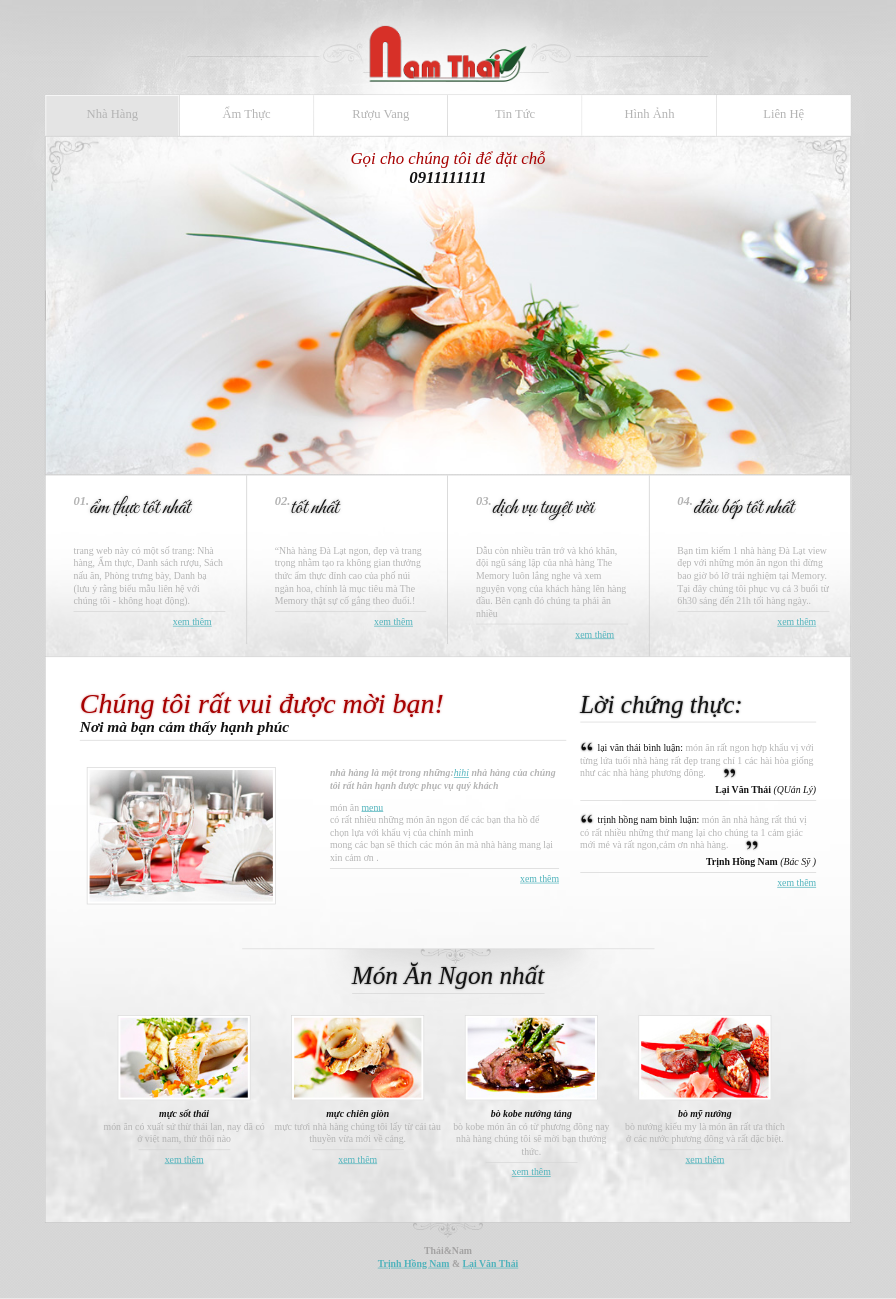
Repository: thaiLVT/DoAnThucTapNamThai
Page: index.html
The author's editor kept a copy of each file at every save. The page is drawn from the files as they stood at one save, then again after the next save.
The browser window is 1280 px wide. The pictures show the whole page, at 70% of full size.

Above is the page before, as saved 2022-04-25 05:30:02.

### index.html
<!DOCTYPE html>
<html lang="en">

<head>
    <title>Home</title>
    <meta charset="utf-8">
    <meta name="viewport" content="width=device-width, initial-scale=1, maximum-scale=1">
    <link rel="stylesheet" type="text/css" media="screen" href="css/reset.css">
    <link rel="stylesheet" type="text/css" media="screen" href="css/style.css">
    <link rel="stylesheet" href="css/zerogrid.css" type="text/css" media="all">
    <link rel="stylesheet" href="css/responsive.css" type="text/css" media="all">
    <link rel="stylesheet" href="css/responsiveslides.css" type="text/css" media="all" />
    <link href='http://fonts.googleapis.com/css?family=Great+Vibes' rel='stylesheet' type='text/css'>
    <script type="text/javascript" src="https://ajax.googleapis.com/ajax/libs/jquery/3.6.0/jquery.min.js"></script>
    <script src="js/main.js"></script>
    <script src="js/slider.js"></script>
</head>

<body>
    <div class="bg-top">
        <div class="bgr">
            <!--==============================header=================================-->
            <header>
                <div class="zerogrid">
                    <h1>
                        <a style="width: 14rem;" href="index.html"><img src="images/logo.png" alt=""></a>
                    </h1>
                    </a>
                    </h1>
                    <nav>
                        <ul class="menu">
                            <li class="current"><a href="index.html">nhà hàng</a></li>
                            <li><a href="cuisine.html">ẩm thực</a></li>
                            <li><a href="wine_list.html">rượu vang</a></li>
                            <li><a href="cookbook.html">tin tức</a></li>
                            <li><a href="gallery.html">hình ảnh</a></li>
                            <li><a href="contacts.html">liên hệ</a></li>
                        </ul>
                        <div class="clear"></div>
                    </nav>
                    <div id="slide">
                        <div class="rslides_container slide_content">
                            <ul class="rslides" id="slider">
                                <!-- <li><img src="images/slider-1.jpg" alt="" /></li>
                                <li><img src="images/slider-2.jpg" alt="" /></li>
                                <li><img src="images/slider-3.jpg" alt="" /></li> -->
                            </ul>
                            <button id="prev">&lt;</button>
                            <button id="next">&gt;</button>
                        </div>

                        <div class="phone-number">Gọi cho chúng tôi để đặt chỗ<strong>0911111111</strong></div>
                    </div>
                </div>
            </header>
            <!--==============================content================================-->
            <section id="content">
                <div class="zerogrid">
                    <div class="block-1">
                        <div class="col-1-4">
                            <div class="pad border-right">
                                <div class="block-1-title">
                                    <span>01.</span>
                                    <div class="text-1">ẩm thực tốt nhất</div>
                                    <strong class="clear"></strong>
                                </div>
                                <p class="border-1">trang web này có một số trang: Nhà hàng, Ẩm thực, Danh sách rượu, Sách nấu ăn, Phòng trưng bày, Danh bạ (lưu ý rằng biểu mẫu liên hệ với chúng tôi - không hoạt động).</p>
                                <a href="#" class="link-1">xem thêm</a>
                            </div>
                        </div>
                        <div class="col-1-4">
                            <div class="pad border-right">
                                <div class="block-1-title">
                                    <span>02.</span>
                                    <div class="text-1">tốt nhất</div>
                                    <strong class="clear"></strong>
                                </div>
                                <p class="border-1">“Nhà hàng Đà Lạt ngon, đẹp và trang trọng nhằm tạo ra không gian thưởng thức ẩm thực đỉnh cao của phố núi ngàn hoa, chính là mục tiêu mà The Memory thật sự cố gắng theo đuổi.!</p>
                                <a href="#" class="link-1">xem thêm</a>
                            </div>
                        </div>
                        <div class="col-1-4">
                            <div class="pad border-right">
                                <div class="block-1-title">
                                    <span>03.</span>
                                    <div class="text-1">dịch vụ tuyệt vời </div>
                                    <strong class="clear"></strong>
                                </div>
                                <p class="border-1"> Dẫu còn nhiều trăn trở và khó khăn, đội ngũ sáng lập của nhà hàng The Memory luôn lắng nghe và xem nguyện vọng của khách hàng lên hàng đầu. Bên cạnh đó chúng ta phải ăn nhiều</p>
                                <a href="#" class="link-1">xem thêm</a>
                            </div>
                        </div>
                        <div class="col-1-4">
                            <div class="pad">
                                <div class="block-1-title">
                                    <span>04.</span>
                                    <div class="text-1">đầu bếp tốt nhất</div>
                                    <strong class="clear"></strong>
                                </div>
                                <p class="border-1">Bạn tìm kiếm 1 nhà hàng Đà Lạt view đẹp với những món ăn ngon thì đừng bao giờ bỏ lỡ trải nghiệm tại Memory. Tại đây chúng tôi phục vụ cả 3 buổi từ 6h30 sáng đến 21h tối hàng ngày..</p>
                                <a href="#" class="link-1">xem thêm</a>
                            </div>
                        </div>
                    </div>
                    <div class="block-2 pad-1">
                        <div class="col-2-3">
                            <div class="wrap-col">
                                <h2 class="h2-line">Chúng tôi rất vui được mời bạn!<strong>Nơi mà bạn cảm thấy hạnh phúc</strong></h2>
                                <div class="box-1">
                                    <div class="col-1-2">
                                        <div class="wrap-col">
                                            <div class="img-border"><img src="images/page1-img1.jpg" alt=""></div>
                                        </div>
                                    </div>
                                    <div class="col-1-2">
                                        <div class="wrap-col">
                                            <div class="extra-wrap">
                                                <p class="it-bold p2">nhà hàng là một trong những:<a href="http://blog.templatemonster.com/free-website-templates/" target="_blank" class="link">hihi</a> nhà hàng của chúng tôi rất hân hạnh được phục vụ quý khách </p>
                                                <p class="border-1">món ăn <a href="http://blog.templatemonster.com/2012/06/18/free-website-template-jquery-slider-restaurant-business/" class="link">menu</a><br> có rất nhiều những món ăn ngon để các bạn tha hồ để chọn lựa
                                                    với khẩu vị của chính mình<br> mong các bạn sẽ thích các món ăn mà nhà hàng mang lại <br>xin cảm ơn . </p>
                                                <a href="#" class="link-1">xem thêm</a>
                                            </div>
                                        </div>
                                    </div>
                                </div>
                            </div>
                        </div>
                        <div class="col-1-3">
                            <div class="wrap-col">
                                <h3 class="h3-line top-1">Lời chứng thực:</h3>
                                <div class="box-2 top-2">
                                    <div class="comment border-1">
                                        <p><img src="images/comment-top.png" alt=""><span class="clr-1">lại văn thái bình luận:</span> món ăn rất ngon hợp khẩu vị với từng lứa tuổi nhà hàng rất đẹp trang chí 1 các hài hòa giống như các nhà hàng phương đông.
                                            <img src="images/comment-bottom.png" alt="" class="second"></p>
                                        <span class="clr-1"><strong>Lại Văn Thái</strong> <i>(QUản Lý)</i></span>
                                    </div>
                                    <div class="comment border-1 top-3">
                                        <p><img src="images/comment-top.png" alt=""><span class="clr-1">trịnh hồng nam bình luận:</span> món ăn nhà hàng rất thú vị có rất nhiều những thứ mang lại cho chúng ta 1 cảm giác mới mẻ và rất ngon,cảm ơn nhà hàng.
                                            <img src="images/comment-bottom.png" alt="" class="second"></p>
                                        <span class="clr-1"><strong>Trịnh Hồng Nam</strong> <i>(Bác Sỹ )</i></span>
                                    </div>
                                    <a href="#" class="link-1">xem thêm</a>
                                </div>
                            </div>
                        </div>
                        <div class="clear"></div>
                        <div class="block-3">
                            <div class="h3">
                                <h3 class="h3-line-2"> Món Ăn Ngon nhất </h3>
                            </div>
                            <div class="box-3">
                                <div class="col-1-4">
                                    <div class="pad">
                                        <div class="img-border"><img src="images/page1-img2.jpg" alt=""></div>
                                        <p class="border-2"><span class="it-bold clr-1">mực sốt thái</span><br>món ăn có xuất sứ thừ thái lan, nay đã có ở việt nam, thử thôi nào </p>
                                        <a href="https://www.youtube.com/watch?v=JFKv1sOLRyk" class="link">xem thêm</a>
                                    </div>
                                </div>
                                <div class="col-1-4">
                                    <div class="pad">
                                        <div class="img-border"><img src="images/page1-img3.jpg" alt=""></div>
                                        <p class="border-2"><span class="it-bold clr-1">mực chiên giòn </span><br>mực tươi nhà hàng chúng tôi lấy từ cái tàu thuyền vừa mới về cảng.</p>
                                        <a href="https://www.youtube.com/watch?v=eNywvmk3pow" class="link">xem thêm</a>
                                    </div>
                                </div>
                                <div class="col-1-4">
                                    <div class="pad">
                                        <div class="img-border"><img src="images/page1-img4.jpg" alt=""></div>
                                        <p class="border-2"><span class="it-bold clr-1">bò kobe nướng tảng </span><br>bò kobe món ăn có từ phương đông nay nhà hàng chúng tôi sẽ mời bạn thưởng thức.</p>
                                        <a href="#" class="link">xem thêm</a>
                                    </div>
                                </div>
                                <div class="col-1-4">
                                    <div class="pad">
                                        <div class="img-border"><img src="images/page1-img5.jpg" alt=""></div>
                                        <p class="border-2"><span class="it-bold clr-1">bò mỹ nướng</span><br>bò nướng kiểu my là món ăn rất ưa thích ở các nước phương đông và rất đặc biệt.</p>
                                        <a href="https://www.youtube.com/watch?v=DT8bneCkZa0" class="link">xem thêm</a>
                                    </div>
                                </div>
                            </div>
                        </div>
                    </div>
                </div>
            </section>

            <!--==============================footer=================================-->
            <footer>
                <div class="zerogrid">
                    <p>Thái&Nam<br>
                        <a rel="nofollow" href="https://www.facebook.com/hongnam.trinh.56" target="_blank" class="link">Trịnh Hồng Nam</a> & <a rel="nofollow" href="https://www.facebook.com/laivanthai.1611" class="link">Lại Văn Thái</a></p>
                </div>
            </footer>
        </div>
    </div>
</body>

</html>

### css/zerogrid.css
/*
Zerotheme.com | Free Html5 Responsive Templates
Zerogrid - A Single Grid System for Responsive Design
Author: Kimmy
Version : 2.1
Author URI: https://www.zerotheme.com/
*/


/* -------------------------------------------- */


/* ------------------Grid System--------------- */

.zerogrid {
    width: 90vw;
    position: relative;
    margin: 0 auto;
    padding: 0px;
}

.zerogrid:after {
    content: "\0020";
    display: block;
    height: 0;
    clear: both;
    visibility: hidden;
}

.zerogrid .row {}

.zerogrid .row:before,
.row:after {
    content: '\0020';
    display: block;
    overflow: hidden;
    visibility: hidden;
    width: 0;
    height: 0;
}

.zerogrid .row:after {
    clear: both;
}

.zerogrid .row {
    zoom: 1;
}

.zerogrid .wrap-col {
    margin: 10px;
}

.zerogrid .col-1-2,
.zerogrid .col-1-3,
.zerogrid .col-2-3,
.zerogrid .col-1-4,
.zerogrid .col-2-4,
.zerogrid .col-3-4,
.zerogrid .col-1-5,
.zerogrid .col-2-5,
.zerogrid .col-3-5,
.zerogrid .col-4-5,
.zerogrid .col-1-6,
.zerogrid .col-2-6,
.zerogrid .col-3-6,
.zerogrid .col-4-6,
.zerogrid .col-5-6 {
    float: left;
    display: inline-block;
}

.zerogrid .col-full {
    width: 100%;
}

.zerogrid .col-1-2 {
    width: 50%;
}

.zerogrid .col-1-3 {
    width: 33.33%;
}

.zerogrid .col-2-3 {
    width: 66.66%;
}

.zerogrid .col-1-4 {
    width: 25%;
}

.zerogrid .col-2-4 {
    width: 50%;
}

.zerogrid .col-3-4 {
    width: 75%;
}

.zerogrid .col-1-5 {
    width: 20%;
}

.zerogrid .col-2-5 {
    width: 40%;
}

.zerogrid .col-3-5 {
    width: 60%;
}

.zerogrid .col-4-5 {
    width: 80%;
}

.zerogrid .col-1-6 {
    width: 16.66%;
}

.zerogrid .col-2-6 {
    width: 33.33%;
}

.zerogrid .col-3-6 {
    width: 50%;
}

.zerogrid .col-4-6 {
    width: 66.66%;
}

.zerogrid .col-5-6 {
    width: 83.33%;
}

@media only screen and (min-width: 768px) and (max-width: 949px) {
    .zerogrid {
        width: 90vw;
    }
    .text-1 {
        font-size: 1.2rem !important;
    }
}

@media only screen and (max-width: 767px) {
    .zerogrid {
        width: 100%;
    }
    .text-1 {
        font-size: 1.2rem !important;
    }
}

@media only screen and (min-width: 620px) and (max-width: 767px) {
    .zerogrid {
        width: 100%;
    }
    .text-1 {
        font-size: 1.2rem !important;
    }
}

@media only screen and (max-width: 619px) {
    .zerogrid,
    .zerogrid .col-1-2,
    .zerogrid .col-1-3,
    .zerogrid .col-2-3,
    .zerogrid .col-1-4,
    .zerogrid .col-2-4,
    .zerogrid .col-3-4,
    .zerogrid .col-1-5,
    .zerogrid .col-2-5,
    .zerogrid .col-3-5,
    .zerogrid .col-4-5,
    .zerogrid .col-1-6,
    .zerogrid .col-2-6,
    .zerogrid .col-3-6,
    .zerogrid .col-4-6,
    .zerogrid .col-5-6 {
        width: 100%;
    }
}

### css/responsive.css
html {
    -webkit-text-size-adjust: none;
}

.video embed,
.video object,
.video iframe {
    width: 100%;
    height: auto;
}

img {
    max-width: 100%;
    height: auto;
    width: auto\9;
    /* ie8 */
}


/*------------------------*/

@media only screen and (max-width: 949px) {
    header {
        text-align: center;
    }
    h1 {
        background: none;
        margin-left: 0;
        padding-left: 0;
        width: auto;
    }
    ul.menu li:first-child a {
        width: 124px !important;
    }
    ul.menu li a {
        width: 125px;
        font-size: 18px;
        line-height: 24px;
        padding: 14px 0 19px 0;
    }
    .box-4 h4 {
        font-size: 16px;
        line-height: 28px;
    }
    #form {
        width: 210px;
    }
    #form input {
        width: 118px;
    }
    #form textarea {
        width: 128px;
    }
    .btns {
        width: 210px;
    }
}

@media only screen and (max-width: 767px) {
    nav {
        border: none;
    }
    ul.menu li {
        border: #d3d3d3 1px solid;
        border-left: none;
    }
    .box-4 h4 {
        font-size: 24px;
        line-height: 38px;
    }
}

@media only screen and (max-width: 600px) {
    #form {
        width: 310px;
    }
    #form input {
        width: 218px;
    }
    #form textarea {
        width: 228px;
    }
    .btns {
        width: 310px;
    }
}

@media only screen and (max-width: 420px) {
    #form {
        width: 210px;
    }
    #form input {
        width: 118px;
    }
    #form textarea {
        width: 128px;
    }
    .btns {
        width: 210px;
    }
}

### css/responsiveslides.css
/*! http://responsiveslides.com v1.32 by @viljamis */

.rslides {
  position: relative;
  list-style: none;
  overflow: hidden;
  width: 100%;
  padding: 0;
  margin: 0;
  }

.rslides li {
  position: absolute;
  display: none;
  width: 100%;
  left: 0;
  top: 0;
  }

.rslides li:first-child {
  position: relative;
  display: block;
  float: left;
  }

.rslides img {
  display: block;
  height: auto;
  float: left;
  width: 100%;
  border: 0;
  }

 .rslides {
  margin: 0 auto;
  }

.rslides_container {

  position: relative;
  }

.centered-btns_nav {
  position: absolute;
  -webkit-tap-highlight-color: rgba(0,0,0,0);
  top: 50%;
  left: 0;
  opacity: 0.7;
  text-indent: -9999px;
  overflow: hidden;
  text-decoration: none;
  height: 61px;
  width: 38px;
  background: transparent url("../images/themes.gif") no-repeat left top;
  margin-top: -45px;
  }

.centered-btns_nav:active {
  opacity: 1.0;
  }

.centered-btns_nav.next {
  left: auto;
  background-position: right top;
  right: 0;
  }

.transparent-btns_nav {
  position: absolute;
  -webkit-tap-highlight-color: rgba(0,0,0,0);
  top: 0;
  left: 0;
  display: block;
  background: #fff; /* Fix for IE6-9 */
  opacity: 0;
  filter: alpha(opacity=1);
  width: 48%;
  text-indent: -9999px;
  overflow: hidden;
  height: 91%;
  }

.transparent-btns_nav.next {
  left: auto;
  right: 0;
  }

.large-btns_nav {
  position: absolute;
  -webkit-tap-highlight-color: rgba(0,0,0,0);
  opacity: 0.6;
  text-indent: -9999px;
  overflow: hidden;
  top: 0;
  bottom: 0;
  left: 0;
  background: #000 url("../images/themes.gif") no-repeat left 50%;
  width: 38px;
  }

.large-btns_nav:active {
  opacity: 1.0;
  }

.large-btns_nav.next {
  left: auto;
  background-position: right 50%;
  right: 0;
  }

.centered-btns_nav:focus,
.transparent-btns_nav:focus,
.large-btns_nav:focus {
  outline: none;
  }

.centered-btns_tabs,
.transparent-btns_tabs,
.large-btns_tabs {
  margin-top: 10px;
  text-align: center;
  }

.centered-btns_tabs li,
.transparent-btns_tabs li,
.large-btns_tabs li {
  display: inline;
  float: none;
  _float: left;
  *float: left;
  margin-right: 5px;
  }

.centered-btns_tabs a,
.transparent-btns_tabs a,
.large-btns_tabs a {
  text-indent: -9999px;
  overflow: hidden;
  -webkit-border-radius: 15px;
  -moz-border-radius: 15px;
  border-radius: 15px;
  background: #ccc;
  background: rgba(0,0,0, .2);
  display: inline-block;
  _display: block;
  *display: block;
  -webkit-box-shadow: inset 0 0 2px 0 rgba(0,0,0,.3);
  -moz-box-shadow: inset 0 0 2px 0 rgba(0,0,0,.3);
  box-shadow: inset 0 0 2px 0 rgba(0,0,0,.3);
  width: 9px;
  height: 9px;
  }

.centered-btns_here a,
.transparent-btns_here a,
.large-btns_here a {
  background: #222;
  background: rgba(0,0,0, .8);
  }

### js/main.js
$().ready(() => {
    $('.menu li a').css('textTransform', 'capitalize');
})

Loaded but not shown: css/reset.css (common file); js/slider.js (66 lines, source omitted); css/style.css (878 lines, source omitted)

After the next save:
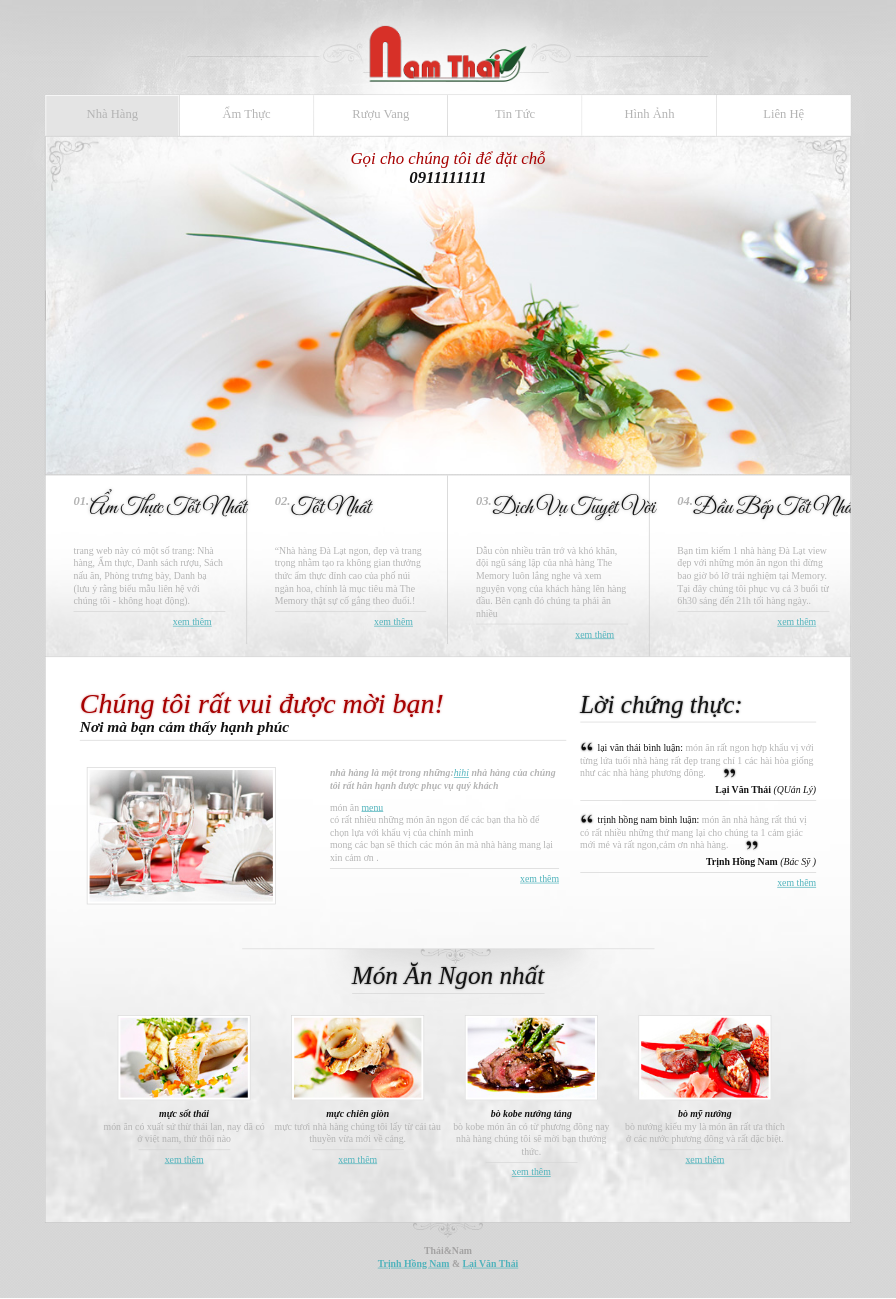
Saved 28 s later.
--- a/js/main.js
+++ b/js/main.js
@@ -1,3 +1,4 @@
 $().ready(() => {
     $('.menu li a').css('textTransform', 'capitalize');
+    $('.text-1').css('textTransform', 'capitalize');
 })
